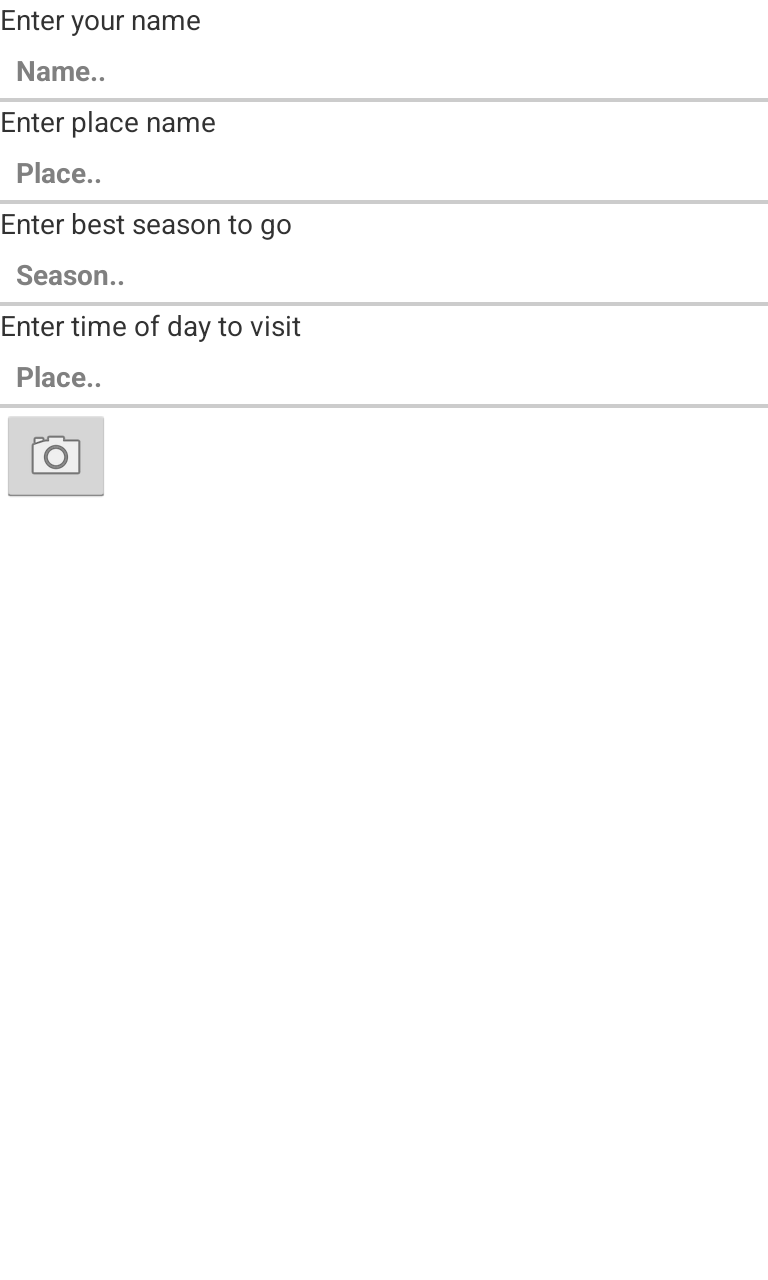
Repository: sandeshshetty/TravelZeus
Layout: TravelZeus/res/layout/fragment_insert_info.xml
The author's editor kept a copy of each file at every save. The layout is drawn from the files as they stood at one save, then again after the next save.
It is drawn on a 768 x 1280 px phone screen (xhdpi) without system bars, with theme AppTheme; the app's code is not run.

Above is the layout before, as saved 2015-05-16 15:07:10.

After the next save:
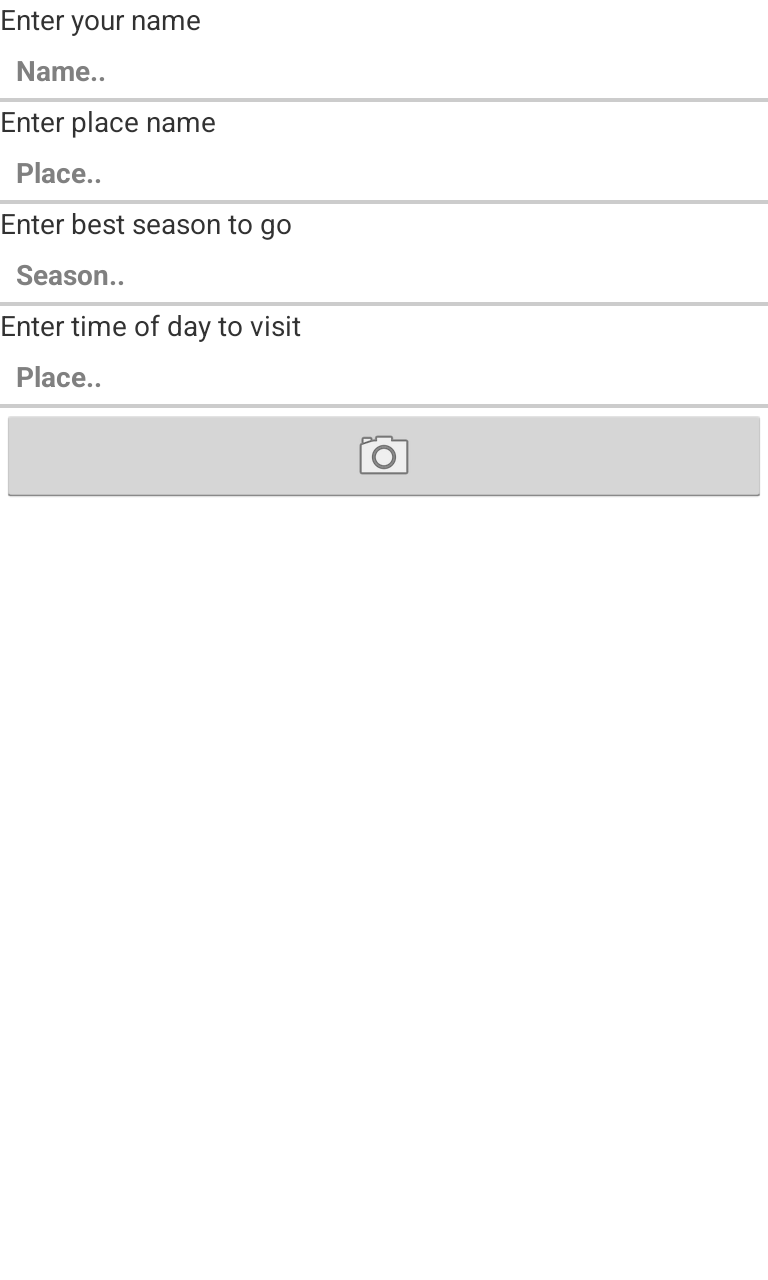
Saved 38 s later.
--- a/TravelZeus/res/layout/fragment_insert_info.xml
+++ b/TravelZeus/res/layout/fragment_insert_info.xml
@@ -52,11 +52,20 @@
     	android:hint="Place.."
     	style="?android:listSeparatorTextViewStyle" />
 
-    <ImageButton
+    <LinearLayout
+        android:layout_width="match_parent"
+        android:layout_height="wrap_content"
+        android:orientation="horizontal">
+
+        <ImageButton
         android:id="@+id/userInputImage"
         android:src="@android:drawable/ic_menu_camera"
         android:layout_height="wrap_content"
         android:layout_width="wrap_content"
-       	/>
+       	android:layout_weight="0.5"/>
+
+    </LinearLayout>
+
+
 
 </LinearLayout>
